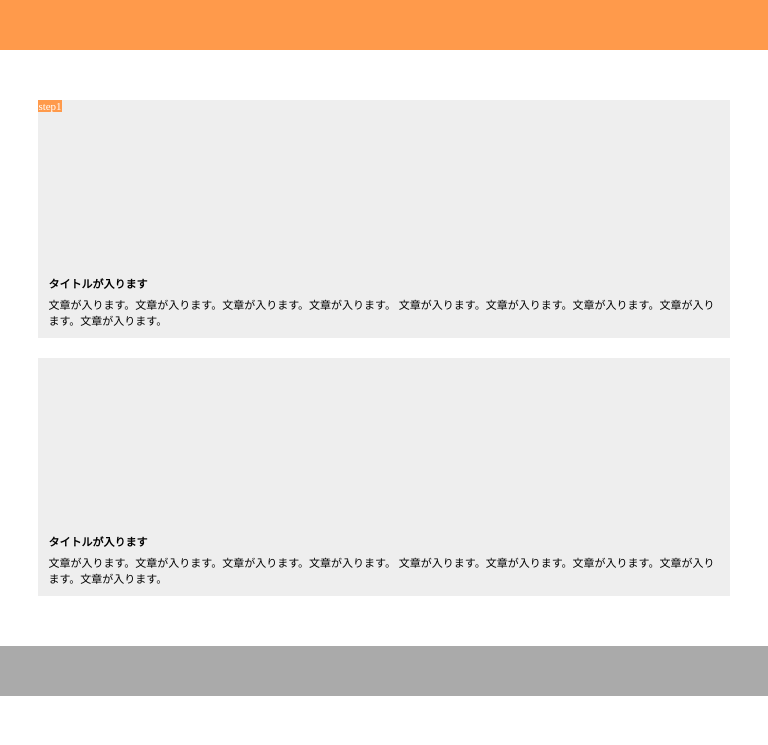
Repository: ryo32sun/Html-Practice
Page: practice/chapter9.html
The author's editor kept a record of every edit. The page is drawn from the files as they stood at one moment, then again after the next edit.
The browser window is 768 px wide. The pictures show the whole page.

Above is the page before.

### practice/chapter9.html
<!DOCTYPE html>
<html lang="ja">
  <head>
  <meta charset="UTF-8">
  <link rel="stylesheet" href="chapter9.css">
  <title>
    Chapter9
  </title>
  </head>

  <header></header>

  <main>
    <div class="main-box">
      <div class="photo"></div>
      <div class="title">
        <h3>タイトルが入ります</h3>
      </div>
      <div class="text">
        <p>文章が入ります。文章が入ります。文章が入ります。文章が入ります。
        文章が入ります。文章が入ります。文章が入ります。文章が入ります。文章が入ります。</p>
      </div>
      <div class="step">
      <p>step1</p>
      </div>
    </div>

    <div class="main-box">
      <div class="photo"></div>
      <div class="title">
        <h3>タイトルが入ります</h3>
      </div>
      <div class="text">
        <p>文章が入ります。文章が入ります。文章が入ります。文章が入ります。
        文章が入ります。文章が入ります。文章が入ります。文章が入ります。文章が入ります。</p>
      </div>

      </div>
    </div>

  </main>

  <footer></footer>

</html>

### practice/chapter9.css
* {
  padding:0;
  margin:0;
  box-sizing: border-box;
}

header {
  height: 50px;
  width: 100%;
  background-color:#ff9a4b;
}

main {
  margin: 50px auto;
  width: 960px;
  display: flex;
}

.main-box {
  width:300px;
  background-color: #eee;
  position: relative;
  padding:10px;
}

.main-box:nth-child(2) {
  margin: 0 30px;
}

.step {
  position: absolute;
  top:0;
  left:0;
  background-color:#ff9a4b;
  color: #fff;
}

.photo {
  background-size: cover;
  /*画像のポジション間違い　誤:center*/
  background-position: bottom;
  height: 150px;
}

.photo-1 {
  background-image: url(img9/flow01.png);
}

.photo-2 {
  background-image: url(img9/flow02.png);
}

.photo-3 {
  background-image: url(img9/flow03.png);
}

.title {
  margin: 15px 0 5px 0;
}


footer {
  width:100%;
  height: 50px;
  background-color:#aaa;
}

@media screen and (max-width:768px) {

  main {
    width: 100%;
    display: block;
  }

  .main-box {
    width: 90%;
    margin-left: 5%;
  }

  .main-box:nth-child(2) {
    margin: 20px 0 20px 5%;
  }

  h3 {
    font-size: 11px;
  }

  p {
    font-size: 11px;
  }
}

After the next edit:
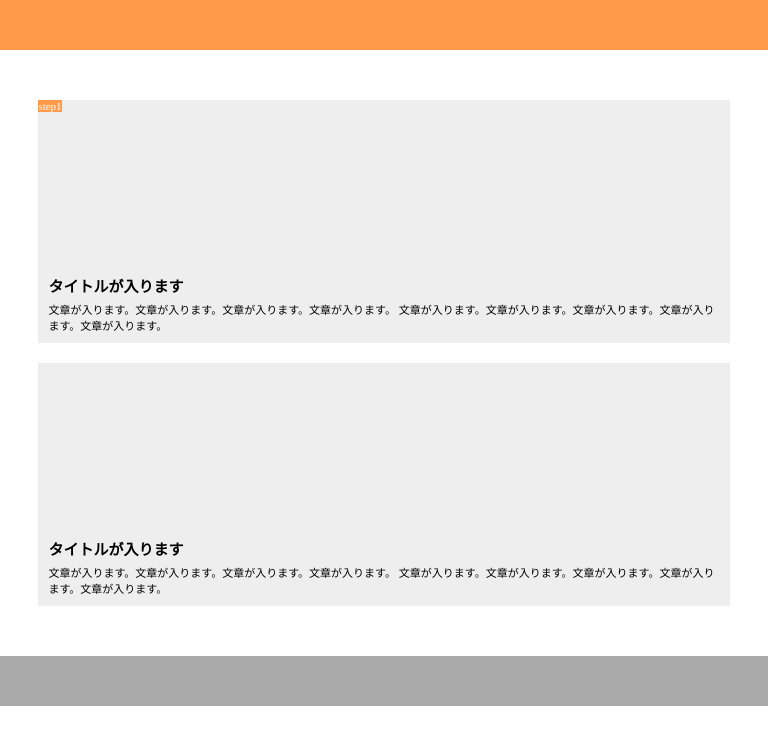
The edit:
--- a/practice/chapter9.css
+++ b/practice/chapter9.css
@@ -82,7 +82,7 @@
   }
 
   h3 {
-    font-size: 11px;
+    font-size: 15px;
   }
 
   p {
